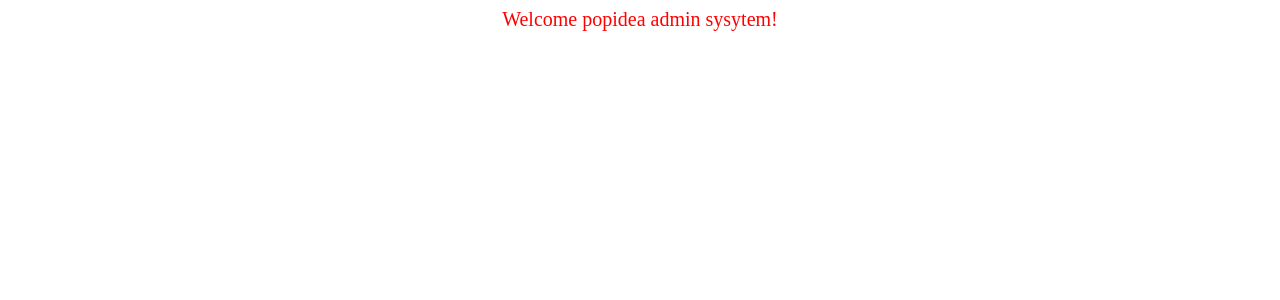
Repository: Joebig7/popidea-admin-front
Page: index.html
An editor plug-in stored every save of this project. The page is shown before and after the next save, followed by the edit.
The browser window is 1280 px wide. The pictures show the whole page.

Above is the page before, as saved 2022-09-20 14:59:29.

### index.html
<!DOCTYPE html>


<html lang="en" class="light-style  customizer-hide" dir="ltr" data-theme="theme-default" data-assets-path="assets/"
  data-template="vertical-menu-template-no-customizer">

<head>
  <meta charset="utf-8" />
  <meta name="viewport"
    content="width=device-width, initial-scale=1.0, user-scalable=no, minimum-scale=1.0, maximum-scale=1.0" />

  <title>Sneat - Free Bootstrap 5 HTML Admin Template</title>

  <meta name="description" content="" />
  <style>
      .title{
        font-size: 20px;
          font-weight: 500;
          width:100%;
          height:30px;
          display:flex;
          justify-content:center;
          color: red;
      }
  </style>
</head>

<body>

  <div class="title"> <span>Welcome popidea admin sysytem!</span></div>

</body>

</html>

After the next save:
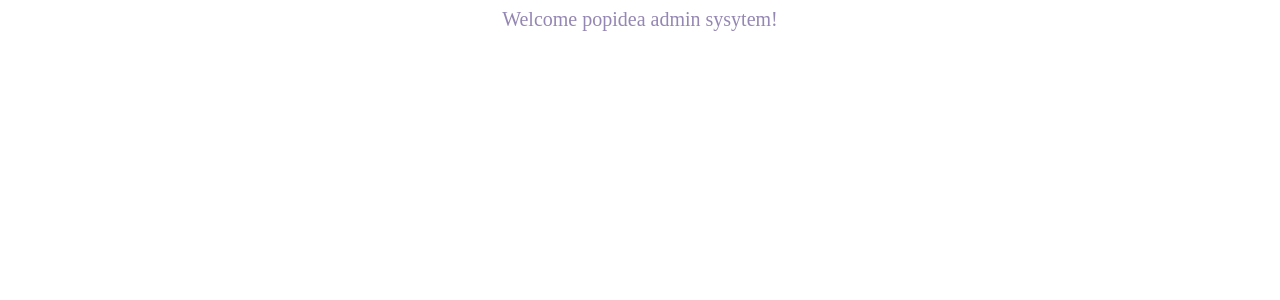
Saved 5 s later.
--- a/index.html
+++ b/index.html
@@ -20,7 +20,7 @@
           height:30px;
           display:flex;
           justify-content:center;
-          color: red;
+          color: rgb(148, 135, 179);
       }
   </style>
 </head>
